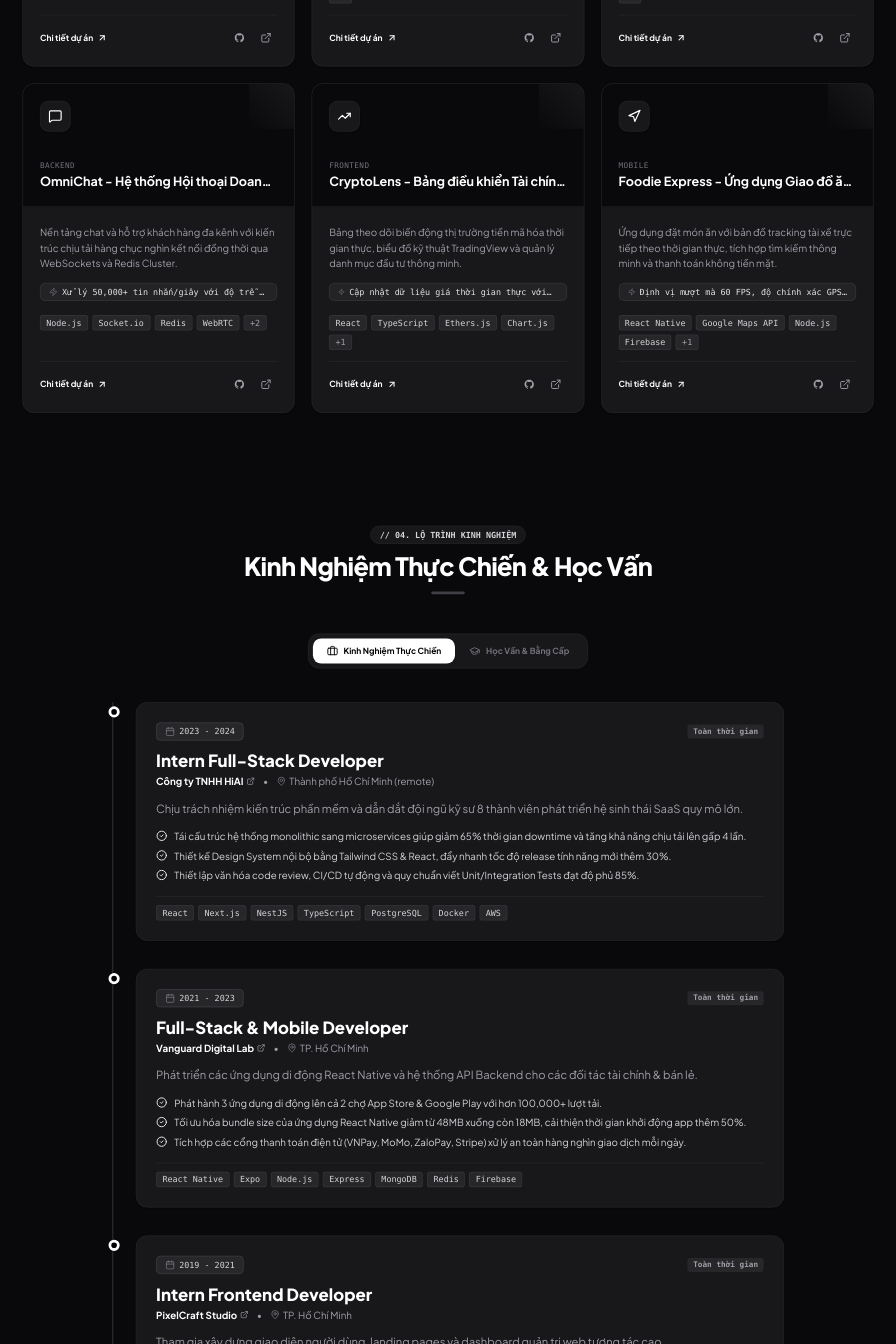
Repository: vancuong2k4/portfolio
Page: /
The author's editor kept a copy of each file at every save. The page is drawn from the files as they stood at one save, then again after the next save.
The browser window is 1280 px wide. The pictures show the part of the page from y = 4580 to 6500 px (the page is 8966 px tall), at 70% of full size.
The project was rebuilt for these pictures with package versions that can differ from the ones it lists, and the page was loaded fresh each time. Also part of the build but not shown: vite.config.ts, src/components/ProjectModal.tsx.

Above is the page before, as saved 2026-10-20 00:47:53.

After the next save:
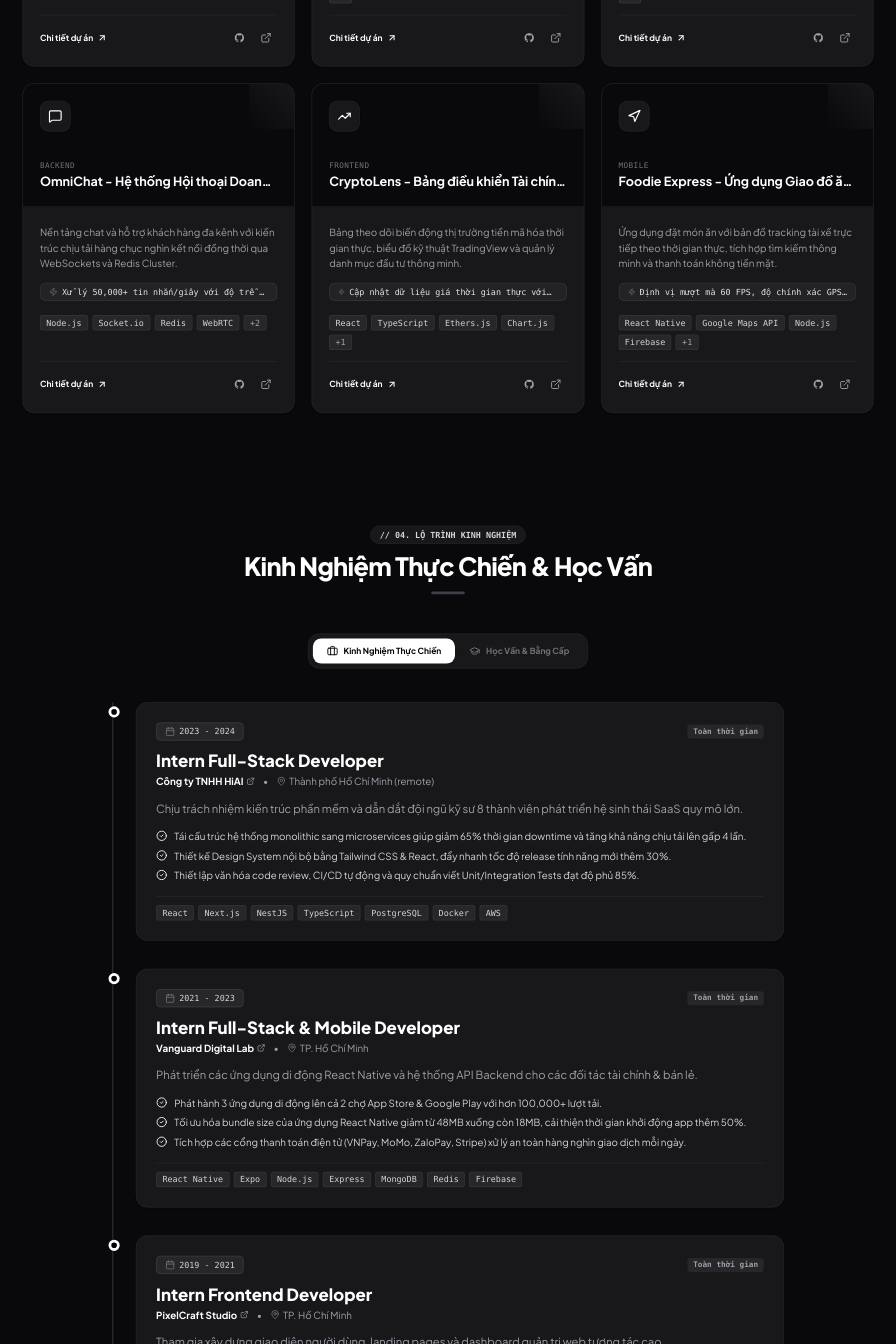
Saved 73 s later.
--- a/src/data/portfolioData.ts
+++ b/src/data/portfolioData.ts
@@ -247,7 +247,7 @@ export const experiencesData: Experience[] = [
   {
     id: "exp-2",
     period: "2021 - 2023",
-    role: "Full-Stack & Mobile Developer",
+    role: " Intern Full-Stack & Mobile Developer",
     company: "Vanguard Digital Lab",
     companyUrl: "https://example.com",
     location: "TP. Hồ Chí Minh",
